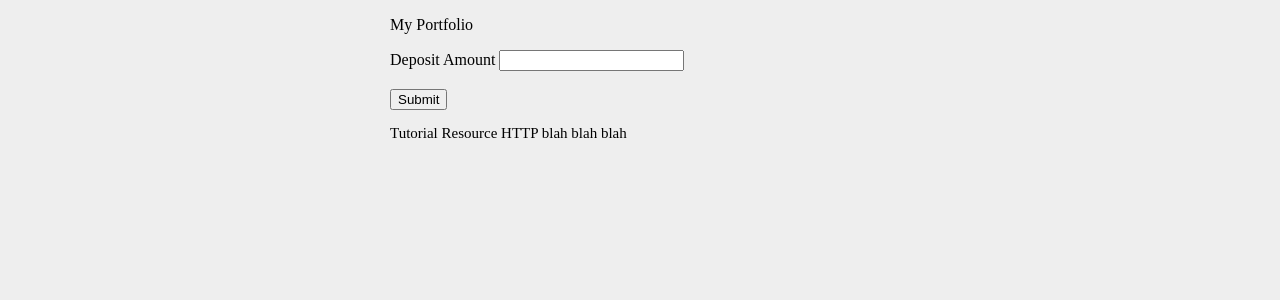
Repository: WillLiang918/Portfolio
Page: http://localhost/Task_Manager/portfolio/portfolio.jsp
These files come from the project's save history. The page is drawn as it stood at one moment and after the next save; the edit follows.
The browser window is 1280 px wide. The pictures show the whole page.
The page is served by Tomcat 9. Other server files are loaded and not shown.

Above is the page before, as saved 2015-07-24 01:13:35.

### Task_Manager/WebContent/portfolio/portfolio.jsp
<%@ page language="java" contentType="text/html" pageEncoding="UTF-8"%>
<!DOCTYPE html>
<html>
<head>
<meta charset="utf-8">
<title>My Account</title>
<script src="../javascript/jquery-2.1.4.js"></script>
<script src="portfolio.js"></script>
<link rel="stylesheet" href="../css/basic.css" type="text/css" media="screen" />
</head>
<body>
	<p class="Large">My Portfolio</p>
	<form id="updatePortfolio">
		<label for="depositAmt">Deposit Amount</label>
		<input type="text" id="depositAmt" name="depositAmt"/>
		<br/>
		<!--label for="withdrawAmt">Withdraw Amount</label>
		<input type="text" id="withdrawAmt" name="withdrawAmt" /-->
		<br/>
		<input type="submit" />
	</form>
	<p id="displayName" />
	<br>
	<p class="small">Tutorial Resource HTTP blah blah blah</p>
</body>
</html>

### Task_Manager/WebContent/portfolio/portfolio.js
$(document).ready(function(){
	//Update portfolio
	$('#updatePortfolio').submit(function(){
		$.ajax({
			url: '../updatePortfolio',
			type: 'POST',
			dataType: 'json',
			data: $('#updatePortfolio').serialize(),
			success: function(data){
				if(data.isValid){
					$('#displayName').html('Your deposit is: ' + data.depositAmt);
					$('#displayName').slideDown(500);
				}
				else {
					alert('Please enter a valid username!')
				}
			}
		})
		return false;

	})
})

### Task_Manager/WebContent/css/basic.css
@CHARSET "UTF-8";

body {
	margin: 0px auto;
	width: 500px;
	background-color: #EEEEEE;
}

p.large{
	font-size:20px
}

p.small{
	font-size:15px;
}

p#displayName {
	display: none;
}

Loaded but not shown: Task_Manager/WebContent/javascript/jquery-2.1.4.js (library)

After the next save:
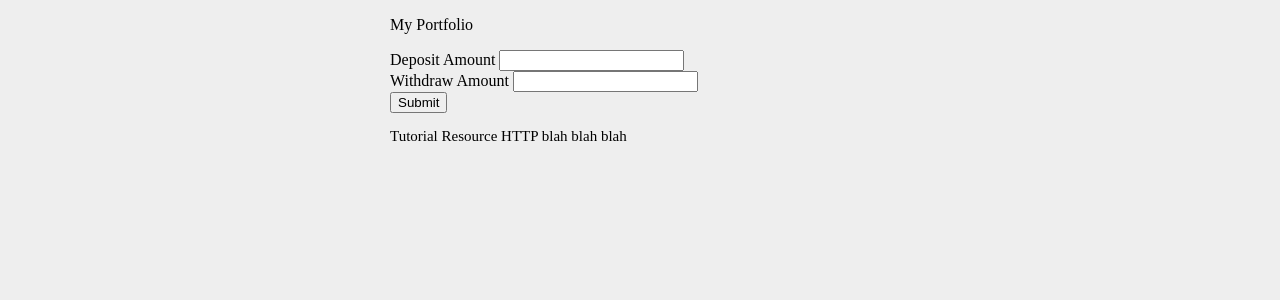
Saved 49 s later.
--- a/Task_Manager/WebContent/portfolio/portfolio.jsp
+++ b/Task_Manager/WebContent/portfolio/portfolio.jsp
@@ -14,8 +14,8 @@
 		<label for="depositAmt">Deposit Amount</label>
 		<input type="text" id="depositAmt" name="depositAmt"/>
 		<br/>
-		<!--label for="withdrawAmt">Withdraw Amount</label>
-		<input type="text" id="withdrawAmt" name="withdrawAmt" /-->
+		<label for="withdrawAmt">Withdraw Amount</label>
+		<input type="text" id="withdrawAmt" name="withdrawAmt" />
 		<br/>
 		<input type="submit" />
 	</form>
